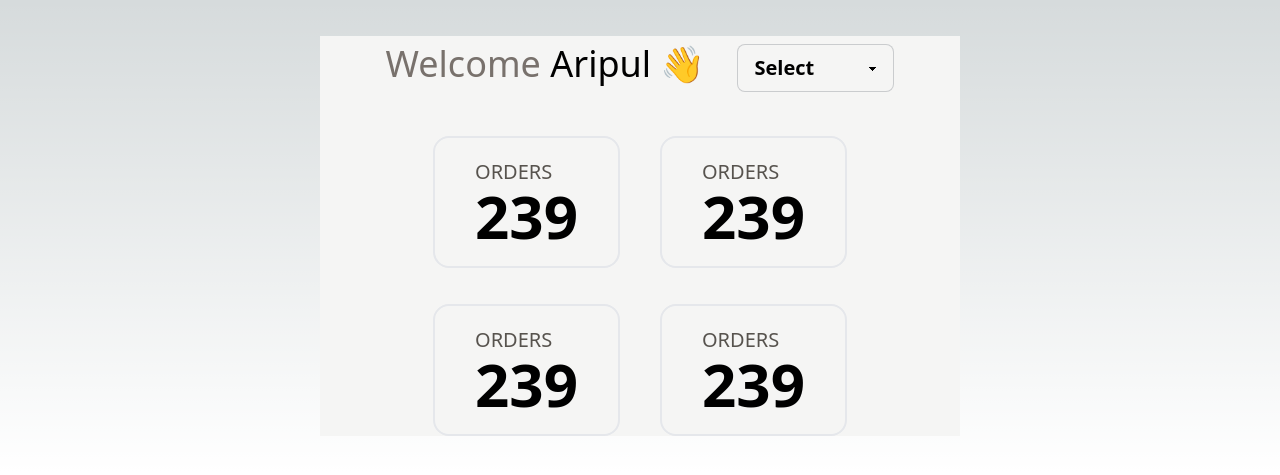
Repository: mehedi9465/nextapp
Page: /Dashboard
These files come from the project's save history. The page is drawn as it stood at one moment and after the next save; the edit follows.
The browser window is 1280 px wide. The pictures show the whole page.
The project was rebuilt for these pictures with package versions that can differ from the ones it lists, and the page was loaded fresh each time. The framework's server and built-in components were replaced by stand-ins that run in the browser. Also part of the build but not shown: next.config.js, Components/Navbar.js.

Above is the page before, as saved 2023-03-04 15:40:11.

### pages/Dashboard/index.js
import Navbar from "@/Components/Navbar";
import Link from "next/link";
import React from "react";

const index = () => {
  return (
    <>
      {/* <Navbar></Navbar> */}

      <div className="max-w-screen-sm mx-auto bg-stone-100 text-black my-9">
        <div className="flex justify-center py-2">
          <p className="text-4xl mx-4">
            <span className="text-stone-500">Welcome</span> Aripul 👋
          </p>
          <select className="select select-bordered text-xl max-w-xs bg-stone-100 outline-0 mx-4">
            <option disabled selected>
              Select
            </option>
            <option>Today</option>
            <option>Yesterday</option>
          </select>
        </div>
        <div className="flex justify-center my-9">
          <div className="border-2 rounded-2xl justify-start mx-5 px-10 py-5">
            <p className="uppercase text-stone-600 font-normal text-xl">
              Orders
            </p>
            <p className="text-6xl font-bold">239</p>
          </div>
          <div className="border-2 rounded-2xl justify-start mx-5 px-10 py-5 text-left">
            <p className="uppercase text-stone-600 font-normal text-xl">
              Orders
            </p>
            <p className="text-6xl font-bold">239</p>
          </div>
        </div>
        <div className="flex justify-center my-9">
          <div className="border-2 rounded-2xl justify-start mx-5 px-10 py-5">
            <p className="uppercase text-stone-600 font-normal text-xl">
              Orders
            </p>
            <p className="text-6xl font-bold">239</p>
          </div>
          <div className="border-2 rounded-2xl justify-start mx-5 px-10 py-5 text-left">
            <p className="uppercase text-stone-600 font-normal text-xl">
              Orders
            </p>
            <p className="text-6xl font-bold">239</p>
          </div>
        </div>
      </div>
    </>
  );
};

export default index;

Loaded but not shown: pages/_app.js (common file); pages/_document.js (common file); styles/globals.css (common file); tailwind.config.js (common file)

After the next save:
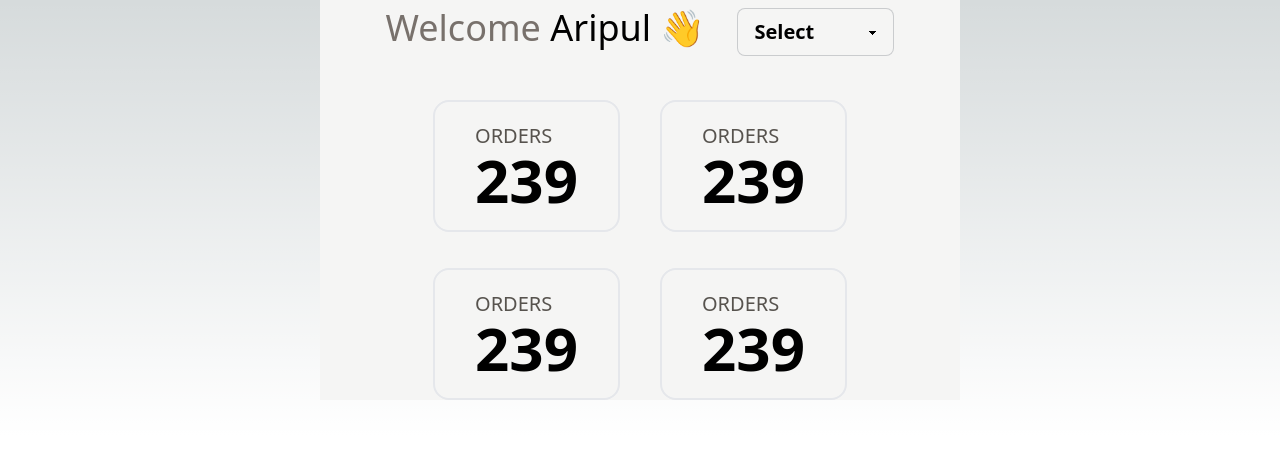
Saved 19 s later.
--- a/pages/Dashboard/index.js
+++ b/pages/Dashboard/index.js
@@ -7,7 +7,7 @@
     <>
       {/* <Navbar></Navbar> */}
 
-      <div className="max-w-screen-sm mx-auto bg-stone-100 text-black my-9">
+      <div className="max-w-screen-sm mx-auto bg-stone-100 text-black mb-9">
         <div className="flex justify-center py-2">
           <p className="text-4xl mx-4">
             <span className="text-stone-500">Welcome</span> Aripul 👋

After the 5 saves that followed:
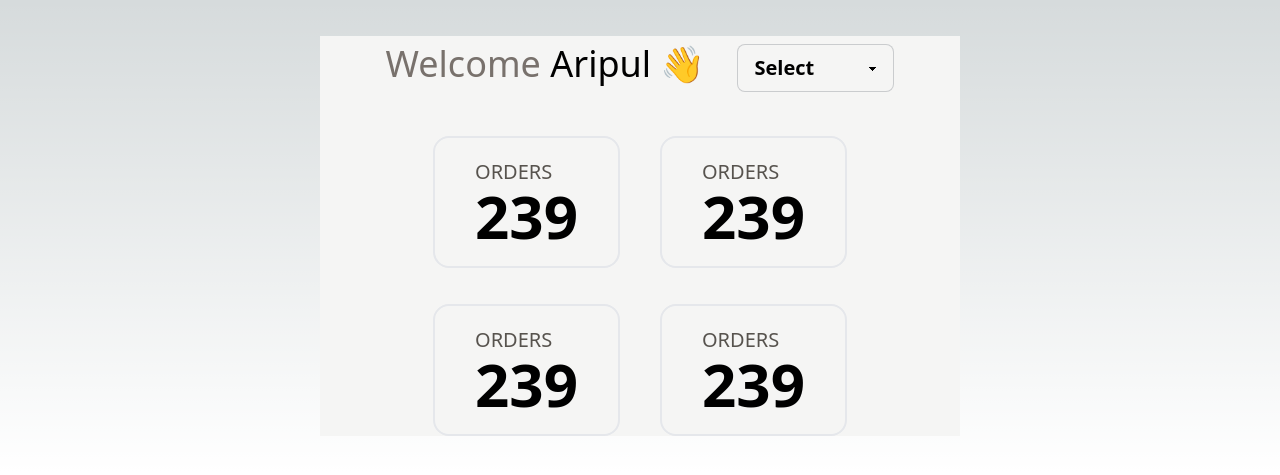
The 5 saves are shown as one change because 1 left the picture as it was and some came seconds apart.
The last was saved 2 min 26 s later.
--- a/pages/Dashboard/index.js
+++ b/pages/Dashboard/index.js
@@ -7,8 +7,8 @@
     <>
       {/* <Navbar></Navbar> */}
 
-      <div className="max-w-screen-sm mx-auto bg-stone-100 text-black mb-9">
-        <div className="flex justify-center py-2">
+      <div className="max-w-screen-sm mx-auto bg-stone-100 text-black">
+        <div className="flex justify-center py-2 my-9">
           <p className="text-4xl mx-4">
             <span className="text-stone-500">Welcome</span> Aripul 👋
           </p>
